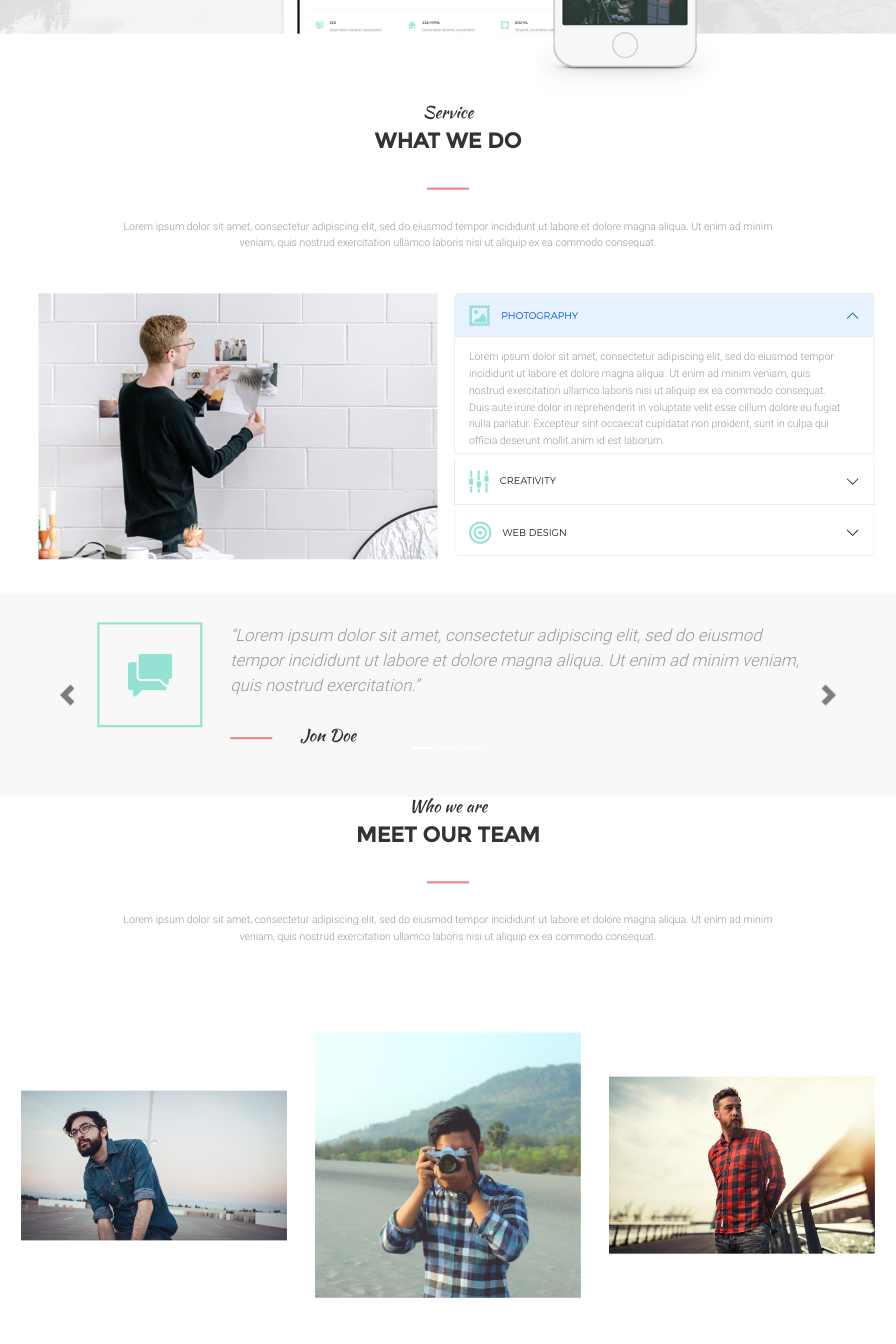
Repository: RaffiBarseghyan/mogo
Page: /
An editor plug-in stored every save of this project. The page is shown before and after a run of saves, followed by the edit.
The browser window is 1280 px wide. The pictures show the part of the page from y = 3380 to 5300 px (the page is 5300 px tall), at 70% of full size.
The project was rebuilt for these pictures with package versions that can differ from the ones it lists, and the page was loaded fresh each time.

Above is the page before, as saved 2023-05-12 23:21:34.

After the next 2 saves:
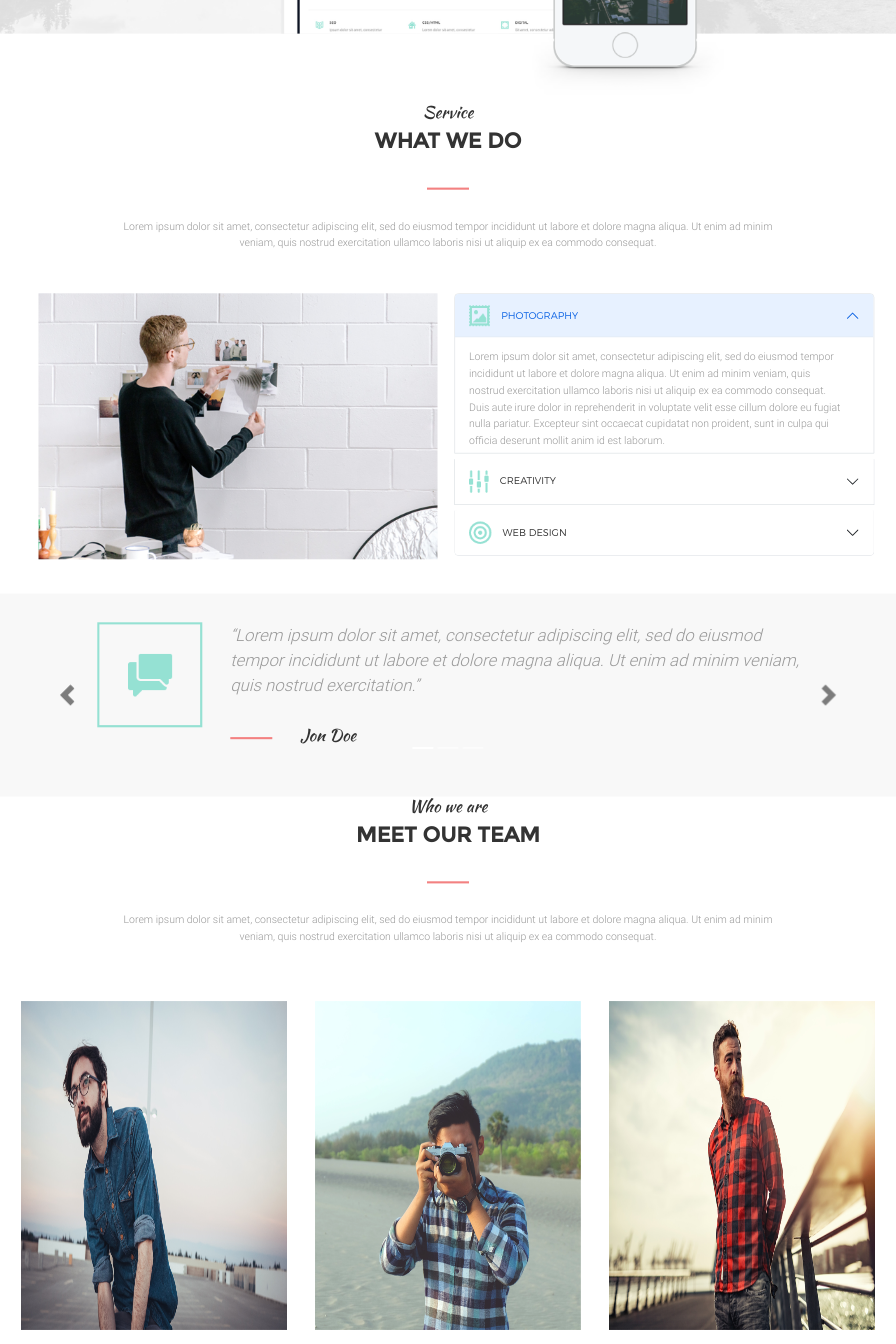
The 2 saves are shown as one change because they came seconds apart.
The last was saved 12 s later.
--- a/src/Pages/WeAre/weAre.module.scss
+++ b/src/Pages/WeAre/weAre.module.scss
@@ -60,7 +60,7 @@
     width: 380px;
     height: 470px;
     aspect-ratio: 3/2;
-    object-fit: scale-down;
+    object-fit: inherit;
   }
 }
 .line {
